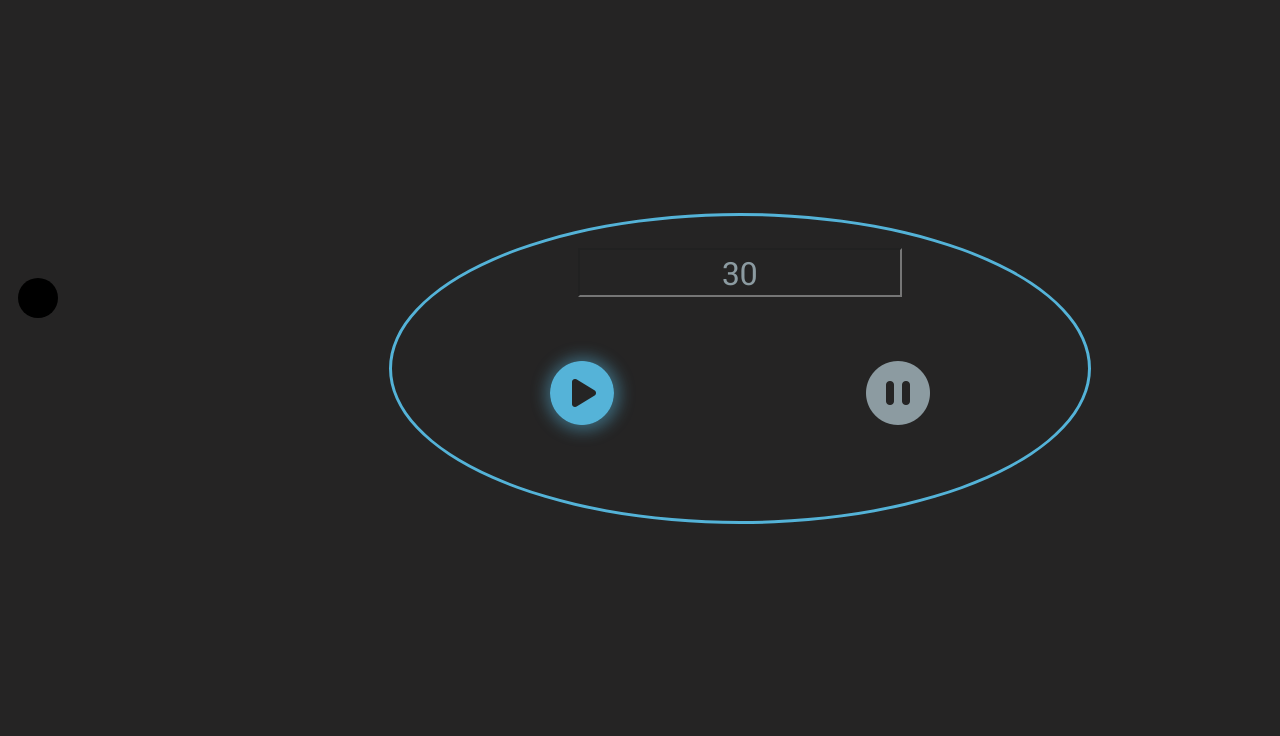
Repository: Sbethm/javascript-challenges
Page: index.html
The author's editor kept a copy of each file at every save. The page is drawn from the files as they stood at one save, then again after the next save.
The browser window is 1280 px wide. The pictures show the whole page.
Some web libraries are served in a nearby version. The style sheet was rebuilt from its Sass, Less or Tailwind sources for each picture, by a compiler version that may differ from the author's.

Above is the page before, as saved 2021-09-17 15:14:19.

After the next save:
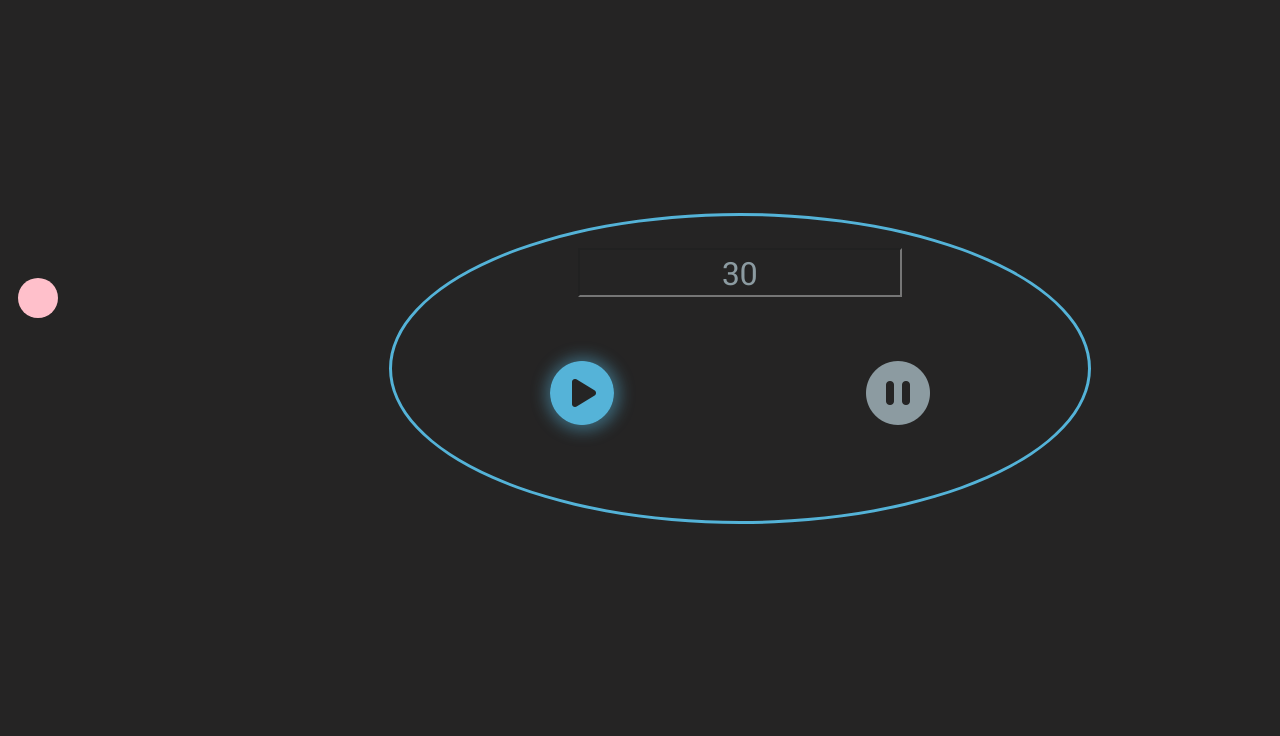
Saved 14 min 30 s later.
--- a/SCSS/main.scss
+++ b/SCSS/main.scss
@@ -12,7 +12,7 @@ main{
 }
 
 circle {
-    enable-background: pink;
+    fill: pink;
 }
 
 .container {
